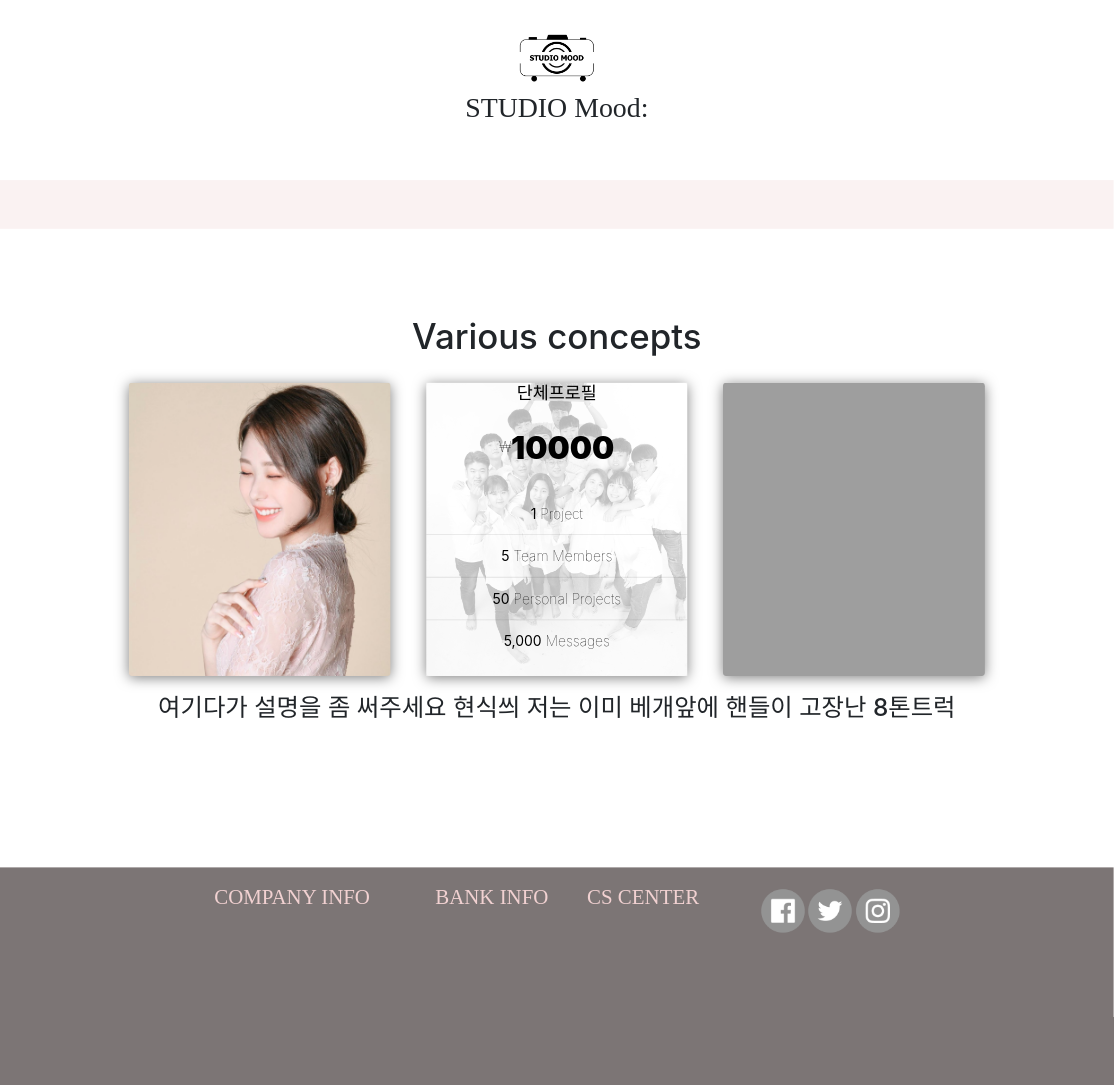
Repository: seugju/HSDsemi
Page: http://localhost/studioMood/views/product/product.jsp
An editor plug-in stored every save of this project. The page is shown before and after the next save, followed by the edit.
The browser window is 1280 px wide. The pictures show the whole page, at 87% of full size.
The pointer rests on the first visible `#group`.
Pictures or frames that could not be fetched are drawn as grey boxes. Some web fonts or font styles are not loaded; a fallback is used. The page is served by Tomcat 9.

Above is the page before, as saved 2020-12-02 16:23:36.

After the next save:
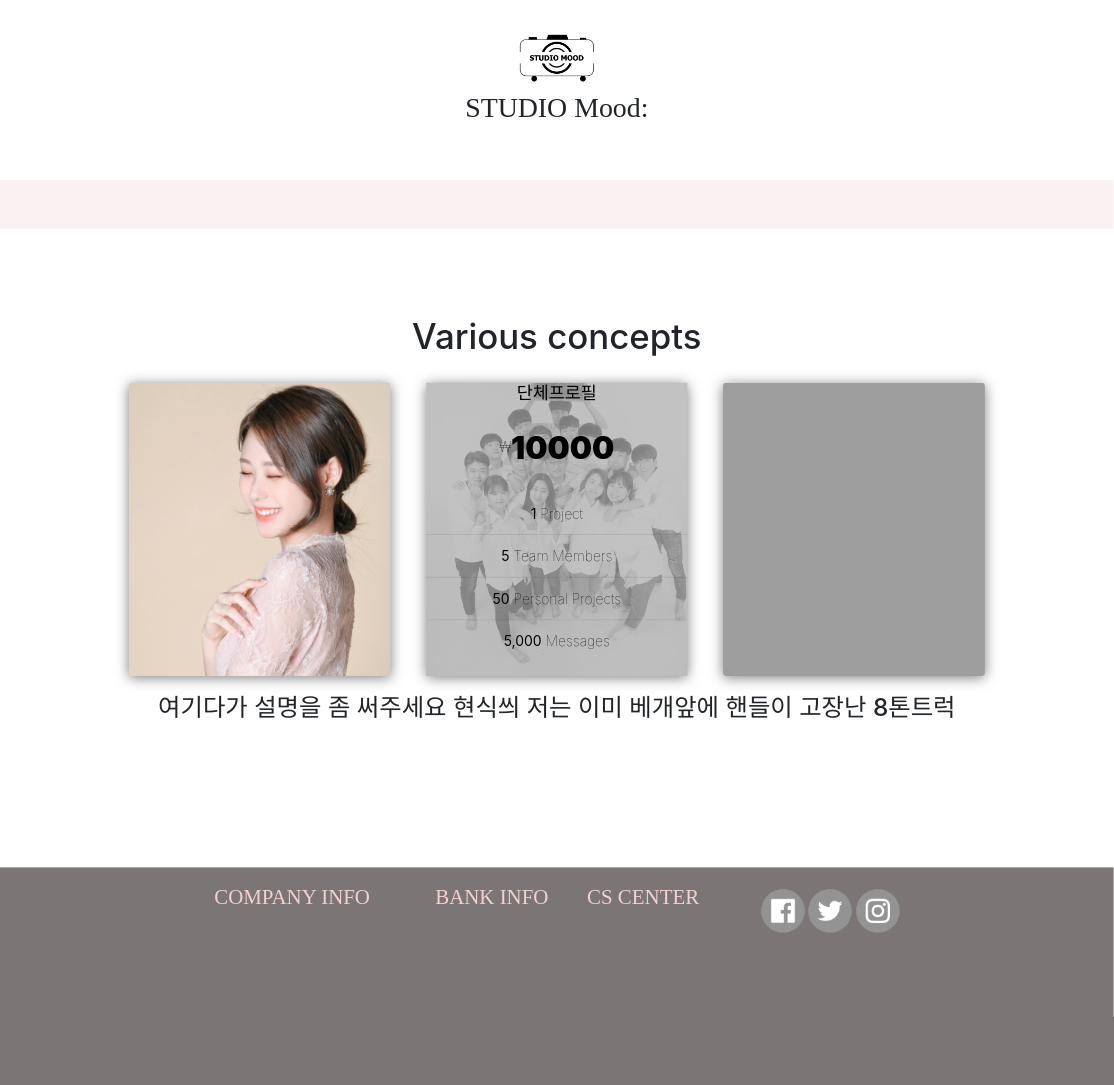
Saved 118 s later.
--- a/project-workspace/studioMood/WebContent/views/product/product.jsp
+++ b/project-workspace/studioMood/WebContent/views/product/product.jsp
@@ -172,10 +172,10 @@ background-image: url('/img/BODY_PROFILE.png');
 	background-color: rgba(169,169,169,0.7);
 }
 #group:hover .opacity-div{
-	background-color: rgba(255,255,255,0.7);
+	background-color: rgba(169,169,169,0.7);
 }
 #body:hover .opacity-div{
-	background-color: rgba(255,255,255,0.7);
+	background-color: rgba(169,169,169,0.7);
 }
 </style>
 <body>
